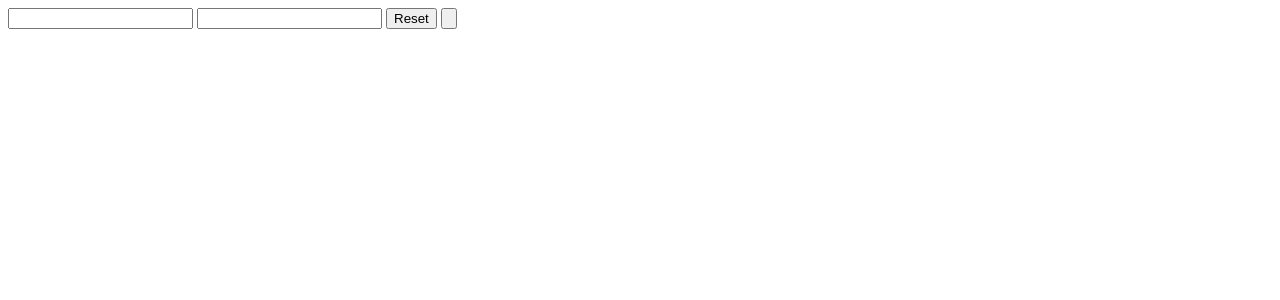
Repository: eyonghwan/jsp_practice
Page: http://localhost/JSPBasic/JspObject/1.requests/req_param_send.jsp
The author's editor kept a copy of each file at every save. The page is drawn from the files as they stood at one save, then again after a run of saves.
The browser window is 1280 px wide. The pictures show the whole page.
The page is served by Tomcat 9.

Above is the page before, as saved 2022-02-03 05:23:46.

After the next 2 saves:
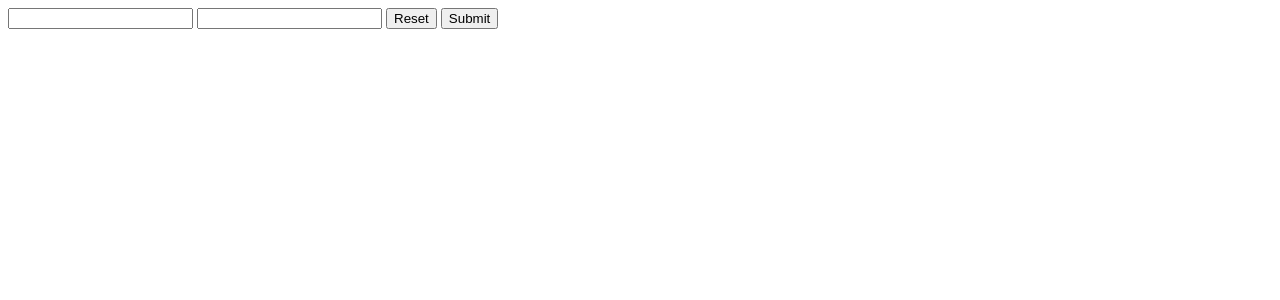
The 2 saves are shown as one change because they came seconds apart.
The last was saved 15 s later.
--- a/JSPBasic/src/main/webapp/JspObject/1.requests/req_param_send.jsp
+++ b/JSPBasic/src/main/webapp/JspObject/1.requests/req_param_send.jsp
@@ -14,8 +14,8 @@
 <form>
 <input type="text" name="apple"/>
 <input type="password" name="banana"/>
-<input type="reset"  />
-<input type="button"/>
+<input type="reset"/>
+<input type="submit"/>
 </form>
 </body>
 </html>
